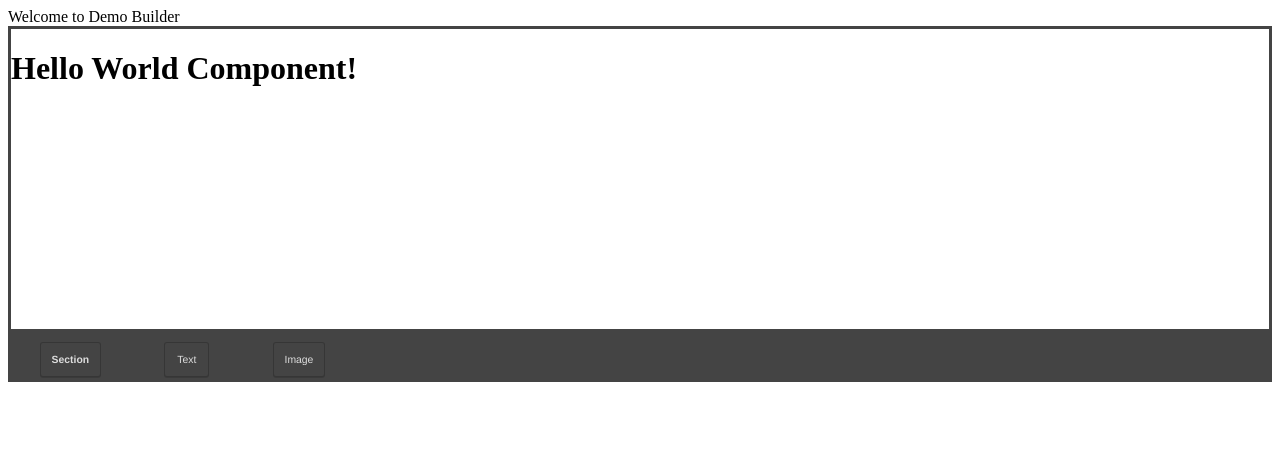
Repository: adityakulkarni000/DemoBuilder
Page: index.html
The author's editor kept a copy of each file at every save. The page is drawn from the files as they stood at one save, then again after a run of saves.
The browser window is 1280 px wide. The pictures show the whole page.

Above is the page before, as saved 2022-06-19 01:10:46.

### index.html
<html>
  <header>Welcome to Demo Builder</header>
  <link rel="stylesheet" href="css/grapes.min.css" />
  <script src="lib/grapes.min.js"></script>

  <!-- STYLE SECTION-->
  <style>
    /* Let's highlight canvas boundaries */
    #gjs {
      border: 3px solid #444;
    }

    /* Reset some default styling */
    .gjs-cv-canvas {
      top: 0;
      width: 100%;
      height: 100%;
    }
    .gjs-block {
      width: auto;
      height: auto;
      min-height: auto;
    }
    .panel__top {
      padding: 0;
      width: 100%;
      display: flex;
      position: initial;
      justify-content: center;
      justify-content: space-between;
    }
    .panel__basic-actions {
      position: initial;
    }
  </style>

  <!-- BODY SECTION-->
  <body>
    <div class="panel__top">
      <div class="panel__basic-actions"></div>
    </div>
    <div id="gjs">
      <h1>Hello World Component!</h1>
    </div>
    <div id="blocks"></div>
  </body>

  <!-- SCRIPT SECTION-->
  <script>
    const editor = grapesjs.init({
      // Indicate where to init the editor. You can also pass an HTMLElement
      container: "#gjs",
      // Get the content for the canvas directly from the element
      // As an alternative we could use: `components: '<h1>Hello World Component!</h1>'`,
      fromElement: true,
      // Size of the editor
      height: "300px",
      width: "auto",
      // Disable the storage manager for the moment
      storageManager: false,
      // Avoid any default panel
      panels: { defaults: [] },

      blockManager: {
        appendTo: "#blocks",
        blocks: [
          {
            id: "section", // id is mandatory
            label: "<b>Section</b>", // You can use HTML/SVG inside labels
            attributes: { class: "gjs-block-section" },
            content: `<section>
          <h1>This is a simple title</h1>
          <div>This is just a Lorem text: Lorem ipsum dolor sit amet</div>
        </section>`,
          },
          {
            id: "text",
            label: "Text",
            content: '<div data-gjs-type="text">Insert your text here</div>',
          },
          {
            id: "image",
            label: "Image",
            // Select the component once it's dropped
            select: true,
            // You can pass components as a JSON instead of a simple HTML string,
            // in this case we also use a defined component type `image`
            content: { type: "image" },
            // This triggers `active` event on dropped components and the `image`
            // reacts by opening the AssetManager
            activate: true,
          },
        ],
      },
    });
  </script>
</html>

Loaded but not shown: css/grapes.min.css (library); lib/grapes.min.js (library)

After the next 2 saves:
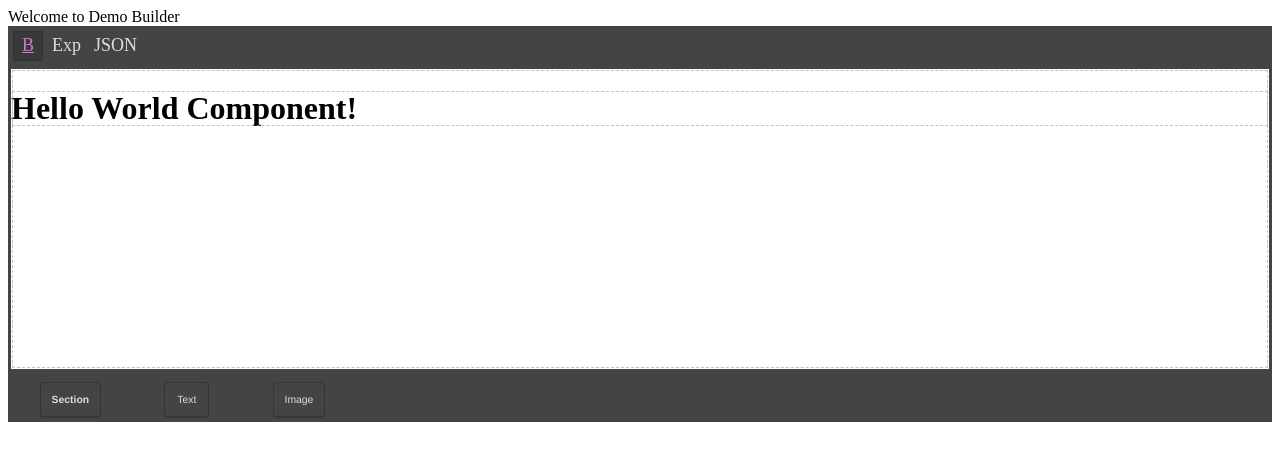
The 2 saves are shown as one change because they came seconds apart.
The last was saved 2 min 46 s later.
--- a/index.html
+++ b/index.html
@@ -93,5 +93,44 @@
         ],
       },
     });
+    editor.Panels.addPanel({
+      id: "panel-top",
+      el: ".panel__top",
+    });
+    editor.Panels.addPanel({
+      id: "basic-actions",
+      el: ".panel__basic-actions",
+      buttons: [
+        {
+          id: "visibility",
+          active: true, // active by default
+          className: "btn-toggle-borders",
+          label: "<u>B</u>",
+          command: "sw-visibility", // Built-in command
+        },
+        {
+          id: "export",
+          className: "btn-open-export",
+          label: "Exp",
+          command: "export-template",
+          context: "export-template", // For grouping context of buttons from the same panel
+        },
+        {
+          id: "show-json",
+          className: "btn-show-json",
+          label: "JSON",
+          context: "show-json",
+          command(editor) {
+            editor.Modal.setTitle("Components JSON")
+              .setContent(
+                `<textarea style="width:100%; height: 250px;">
+            ${JSON.stringify(editor.getComponents())}
+          </textarea>`
+              )
+              .open();
+          },
+        },
+      ],
+    });
   </script>
 </html>
